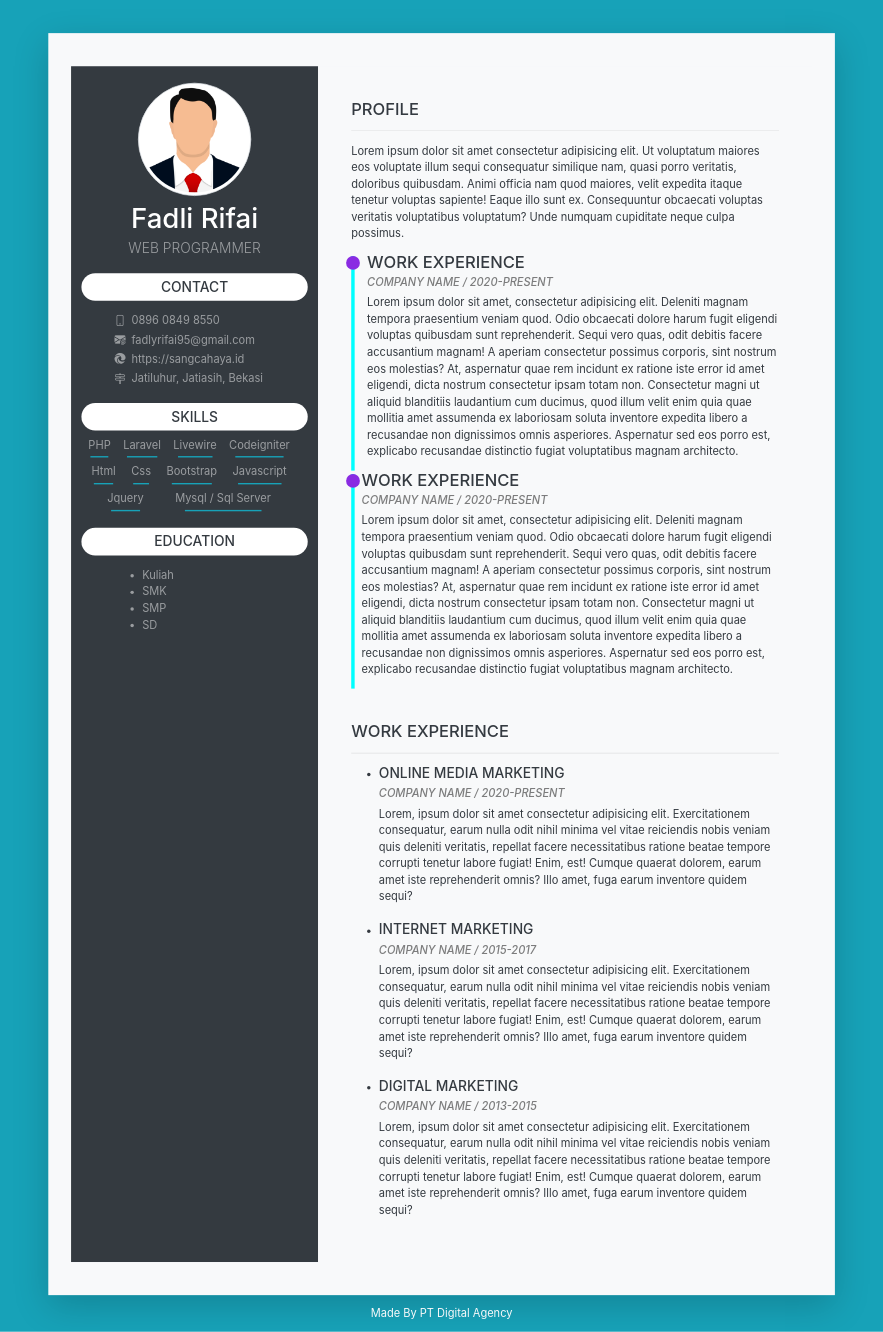
Repository: fadlyyy/fadlyyy.github.io
Page: index.html
The author's editor kept a copy of each file at every save. The page is drawn from the files as they stood at one save, then again after the next save.
The browser window is 1280 px wide. The pictures show the whole page, at 69% of full size.

Above is the page before, as saved 2024-01-31 08:35:20.

After the next save:
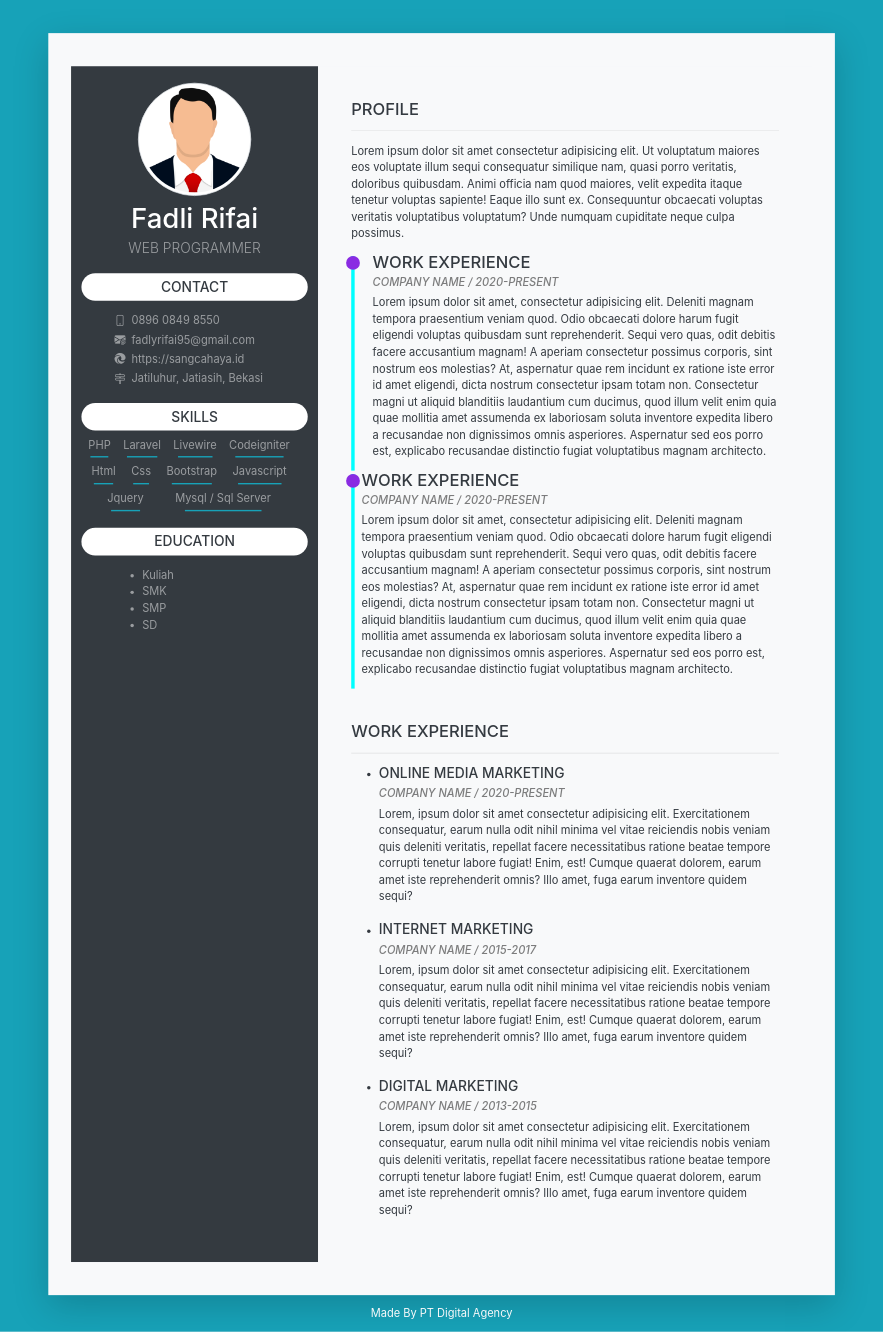
Saved 5 s later.
--- a/index.html
+++ b/index.html
@@ -98,7 +98,7 @@
                     </div>
 
                     <div class="work-experience">
-                         <div class="list-work pb-3 pl-2">
+                         <div class="list-work pb-3 pl-3">
                               <h4 class="text-uppercase">work experience</h4>
                               <h6 class="text-uppercase text-black-50 font-italic mt-1 mb-2">company name / 2020-present</h6>
                               <p>Lorem ipsum dolor sit amet, consectetur adipisicing elit. Deleniti magnam tempora
